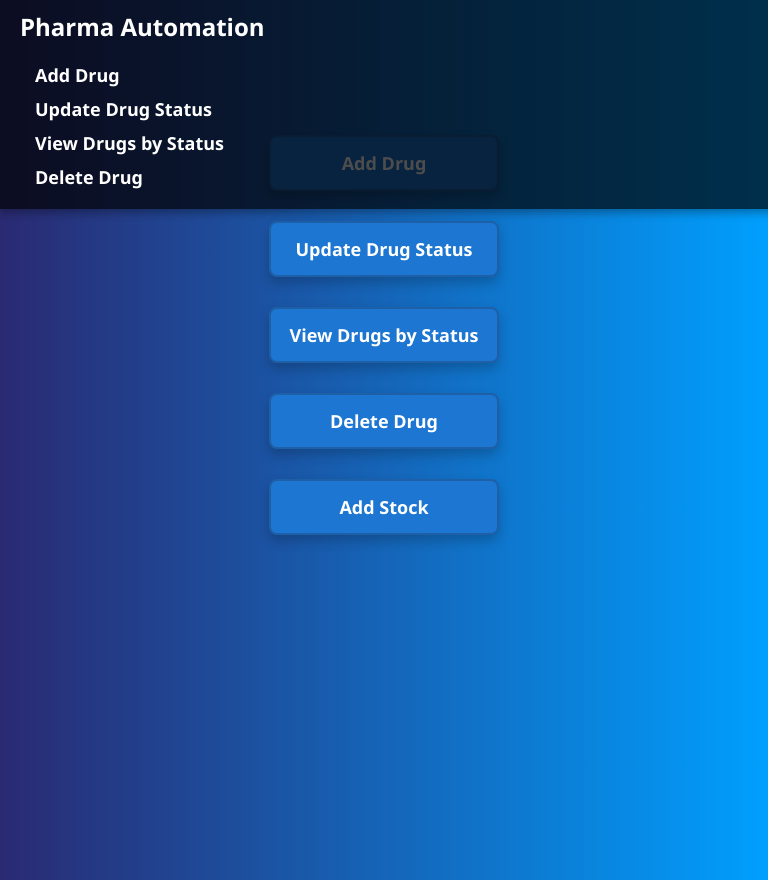
Repository: Clarrieous/Infosys-intern
Page: http://localhost/index
An editor plug-in stored every save of this project. The page is shown before and after the next save, followed by the edit.
The browser window is 768 px wide. The pictures show the whole page.
The page is this project's Thymeleaf template; nobody is signed in. The template is opened directly, without the code that normally fills it, so the values that code supplies are empty.

Above is the page before, as saved 2024-12-08 12:29:04.

### ClientService/src/main/resources/templates/index.html
<!DOCTYPE html>
<html xmlns:th="http://www.thymeleaf.org">
<head>
    <meta charset="UTF-8">
    <meta name="viewport" content="width=device-width, initial-scale=1.0">
    <title>Pharma Automation System</title>
    <style>
        body {
            font-family: 'Segoe UI', Tahoma, Geneva, Verdana, sans-serif;
            margin: 0;
            padding: 0;
            background: linear-gradient(to right, #2a2a72, #009ffd);
            color: #fff;
            height: 100vh;
            display: flex;
            flex-direction: column;
            align-items: center;
            padding-top: 80px; /* Added space for the fixed navbar */
        }

        .navbar {
            width: 100%;
            position: fixed; /* Fix the navbar to the top */
            top: 0;
            left: 0;
            display: flex;
            justify-content: space-between;
            align-items: center;
            padding: 20px 40px;
            background-color: rgba(0, 0, 0, 0.7);
            box-shadow: 0 4px 8px rgba(0, 0, 0, 0.3);
            z-index: 1000; /* Ensure navbar stays on top */
            flex-wrap: wrap; /* Allow wrapping on smaller screens */
        }

        .navbar h1 {
            margin: 0;
            font-size: 28px;
            font-weight: bold;
            color: #fff;
        }

        .navbar ul {
            list-style-type: none;
            margin: 0;
            padding: 0;
            display: flex;
            flex-wrap: wrap; /* Ensure items wrap on small screens */
        }

        .navbar ul li {
            margin-left: 20px;
        }

        .navbar ul li a {
            color: white;
            text-decoration: none;
            font-size: 18px;
            font-weight: 600;
            transition: color 0.3s;
            padding: 10px 15px;
            border-radius: 4px;
        }

        .navbar ul li a:hover {
            background-color: #1873b7;
            color: white;
        }

        .button-list {
            display: flex;
            flex-direction: column;
            justify-content: center;
            align-items: center;
            margin-top: 40px;
        }

        .button-list a {
            display: block;
            width: 220px;
            text-align: center;
            padding: 16px;
            margin: 15px 0;
            font-size: 20px;
            font-weight: bold;
            color: #fff;
            background-color: #1c76d2;
            text-decoration: none;
            border: 2px solid #1e60a8;
            border-radius: 8px;
            transition: all 0.3s ease;
            box-shadow: 0 6px 12px rgba(0, 0, 0, 0.2);
        }

        .button-list a:hover {
            background-color: #1873b7;
            color: white;
            transform: translateY(-5px);
            box-shadow: 0 8px 16px rgba(0, 0, 0, 0.3);
        }

        @media (max-width: 768px) {
            .navbar {
                flex-direction: column;
                align-items: flex-start;
                padding: 10px 20px;
            }

            .navbar h1 {
                font-size: 24px;
                margin-bottom: 10px;
            }

            .navbar ul {
                flex-direction: column;
                align-items: flex-start;
                margin-top: 10px;
            }

            .navbar ul li {
                margin-left: 0;
                margin-bottom: 10px;
            }

            .button-list a {
                width: 90%;
                font-size: 18px;
                padding: 14px;
            }
        }
    </style>
</head>
<body>

    <div class="navbar">
        <h1>Pharma Automation</h1>
        <ul>
            <li><a th:href="@{/addDrug}">Add Drug</a></li>
            <li><a th:href="@{/updateStatus}">Update Drug Status</a></li>
            <li><a th:href="@{/viewDrugStatus}">View Drugs by Status</a></li>
            <li><a th:href="@{/deleteDrug}">Delete Drug</a></li>
        </ul>
    </div>

    <div class="button-list">
        <a th:href="@{/addDrug}">Add Drug</a>
        <a th:href="@{/updateStatus}">Update Drug Status</a>
        <a th:href="@{/viewDrugStatus}">View Drugs by Status</a>
        <a th:href="@{/deleteDrug}">Delete Drug</a>
        <a th:href="@{/addStock}">Add Stock</a>
    </div>

</body>
</html>

After the next save:
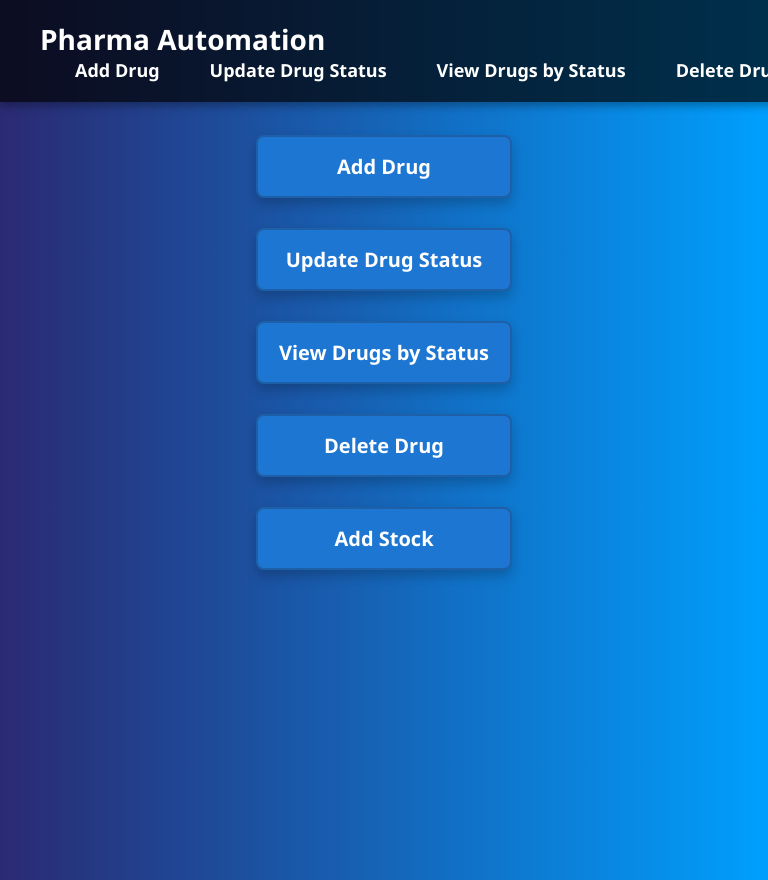
Saved 2 min 30 s later.
--- a/ClientService/src/main/resources/templates/index.html
+++ b/ClientService/src/main/resources/templates/index.html
@@ -99,35 +99,7 @@
             box-shadow: 0 8px 16px rgba(0, 0, 0, 0.3);
         }
 
-        @media (max-width: 768px) {
-            .navbar {
-                flex-direction: column;
-                align-items: flex-start;
-                padding: 10px 20px;
-            }
 
-            .navbar h1 {
-                font-size: 24px;
-                margin-bottom: 10px;
-            }
-
-            .navbar ul {
-                flex-direction: column;
-                align-items: flex-start;
-                margin-top: 10px;
-            }
-
-            .navbar ul li {
-                margin-left: 0;
-                margin-bottom: 10px;
-            }
-
-            .button-list a {
-                width: 90%;
-                font-size: 18px;
-                padding: 14px;
-            }
-        }
     </style>
 </head>
 <body>
